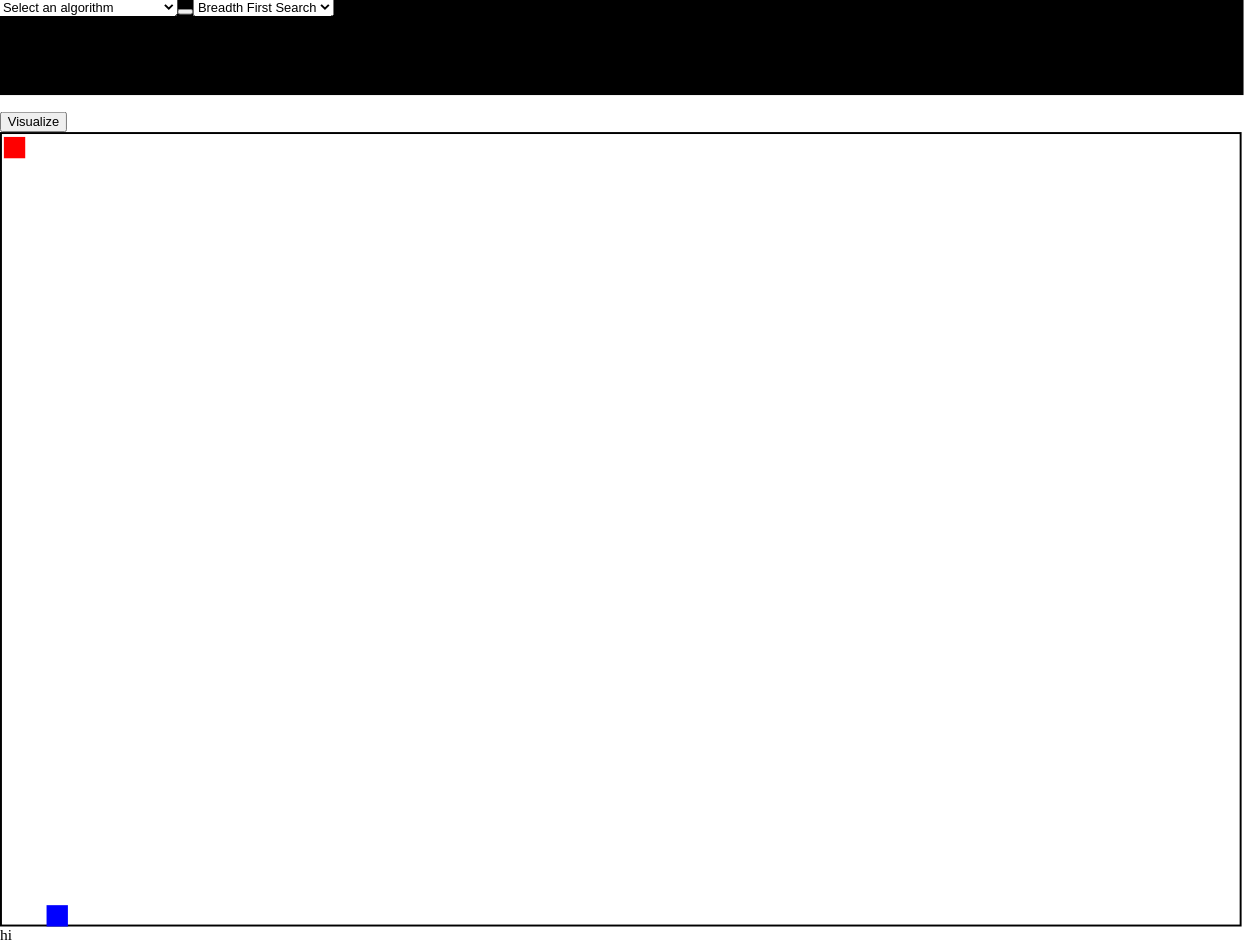
Repository: NikhilJohny/Pathfinding---ReactJS
Page: /
These files come from the project's save history. The page is drawn as it stood at one moment and after the next save; the edit follows.
The browser window is 1280 px wide. The page is 1282 px wide, so the pictures cover 1282 px, including what lies to the right of the window. The pictures show the whole page, at 97% of full size.
The project was rebuilt for these pictures with package versions that can differ from the ones it lists, and the page was loaded fresh each time.

Above is the page before, as saved 2021-05-17 10:48:40.

After the next save:
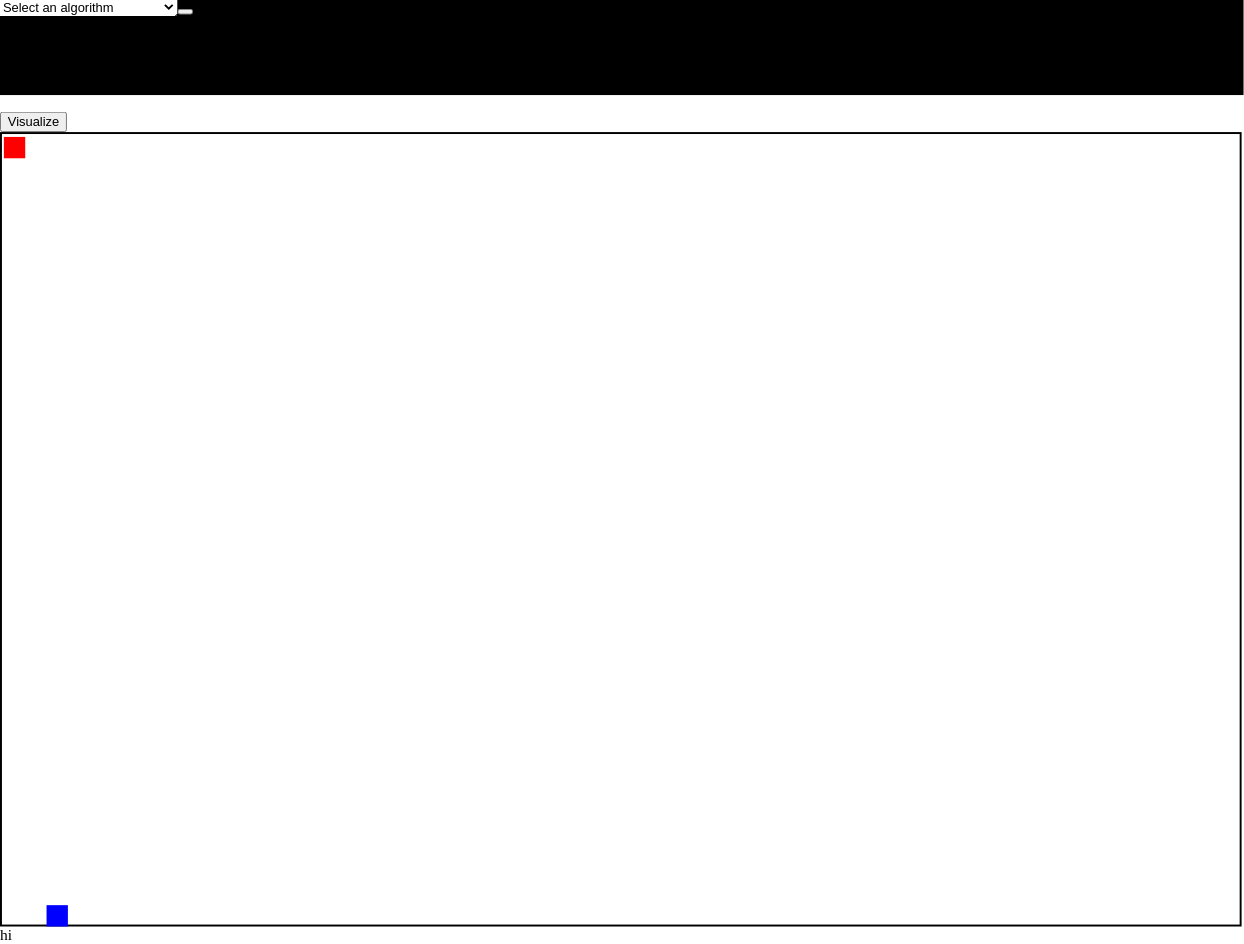
Saved 79 s later.
--- a/src/header.js
+++ b/src/header.js
@@ -38,11 +38,11 @@
                     <option value="RecursiveMaze">Recursive maze generation</option>
                 </select>
                 <button onClick={() => this.mazeAlgorithm(this.state.maze,clone)}>{this.state.maze}</button>
-                <select id="algorithms" onChange={this.handleAlgorithmChange} value ={this.state.algorithm}>
-                <option value="bfs">Breadth First Search</option>
-                <option value ="dfs">Depth First Search</option>
+                {/* <select id="algorithms" onChange={this.handleAlgorithmChange} value ={this.state.algorithm}>
+                    <option value="bfs">Breadth First Search</option>
+                    <option value ="dfs">Depth First Search</option>
                 <button onClick={() => this.searchAlgorithm(this.state.algorithm,clone)}>{this.state.algorithm}</button>
-                </select>
+                </select> */}
             </nav>
         )
     }

After the 3 saves that followed:
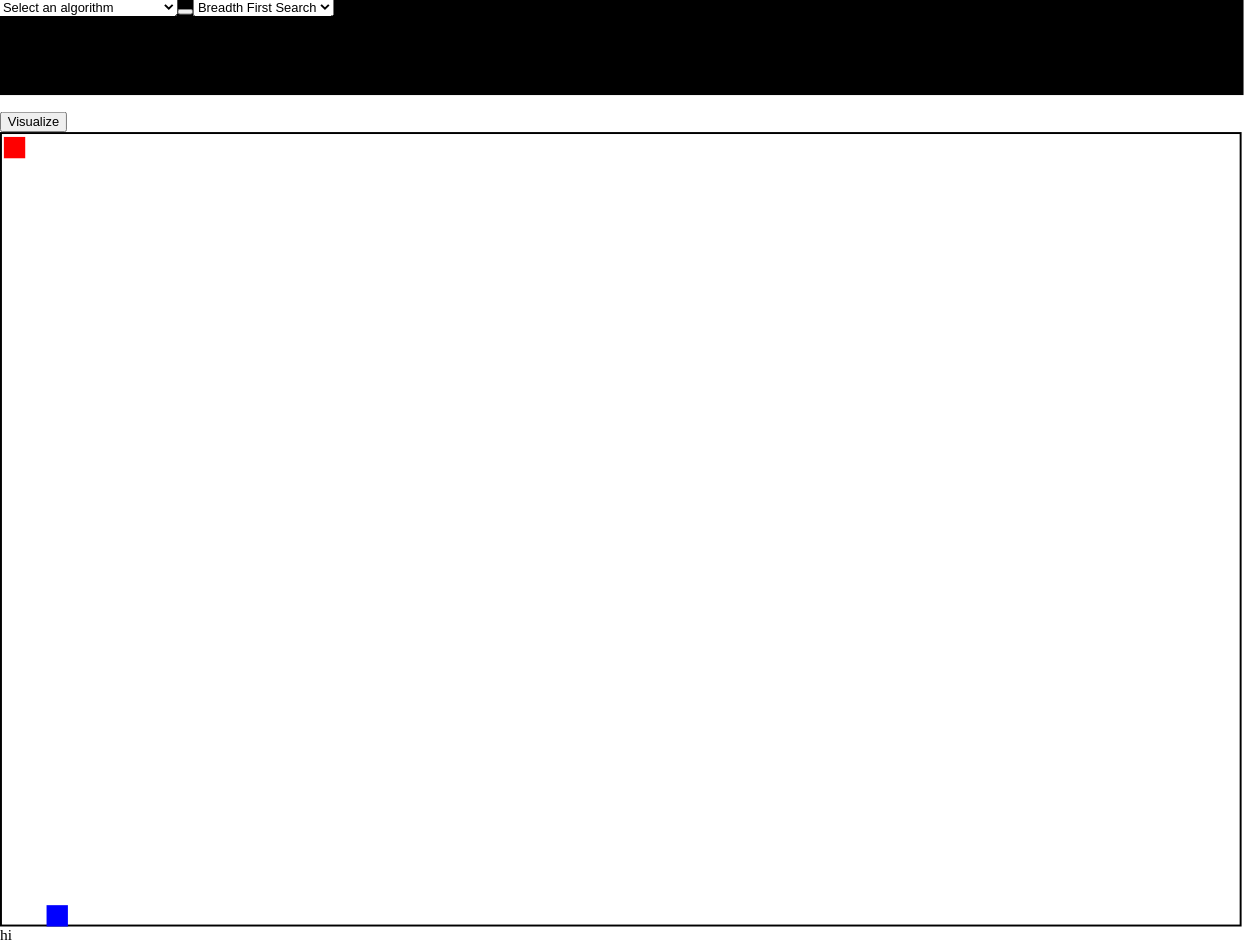
The 3 saves are shown as one change because 2 left the picture as it was.
The last was saved 2 min 24 s later.
--- a/src/header.js
+++ b/src/header.js
@@ -33,16 +33,16 @@
         let clone = Object.assign({},this.props.current)
         return(
             <nav className = "Header">
-                <select id= "maze" onChange={this.handleSelectChange} value ={this.state.maze}>
+                <select onChange={this.handleMazeChange} value ={this.state.maze}>
                     <option value="Select an algorithm">Select an algorithm</option>
                     <option value="RecursiveMaze">Recursive maze generation</option>
                 </select>
                 <button onClick={() => this.mazeAlgorithm(this.state.maze,clone)}>{this.state.maze}</button>
-                {/* <select id="algorithms" onChange={this.handleAlgorithmChange} value ={this.state.algorithm}>
+                <select id="algorithms" onChange={this.handleAlgorithmChange} value ={this.state.algorithm}>
                     <option value="bfs">Breadth First Search</option>
                     <option value ="dfs">Depth First Search</option>
                 <button onClick={() => this.searchAlgorithm(this.state.algorithm,clone)}>{this.state.algorithm}</button>
-                </select> */}
+                </select>
             </nav>
         )
     }
